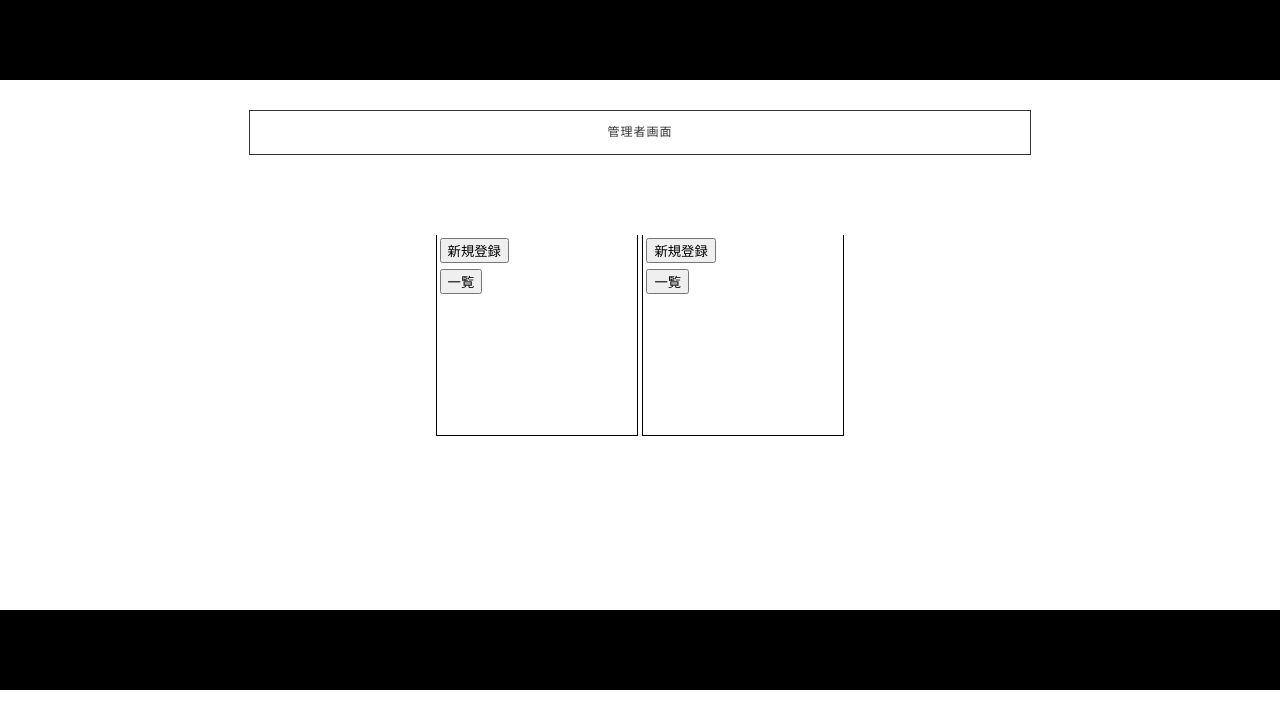
Repository: hiraide8/test
Page: http://localhost/ecsite/admin.jsp
These files come from the project's save history. The page is drawn as it stood at one moment and after the next save; the edit follows.
The browser window is 1280 px wide. The pictures show the whole page.
The page is served by Tomcat 9.

Above is the page before, as saved 2019-01-23 11:09:41.

After the next save:
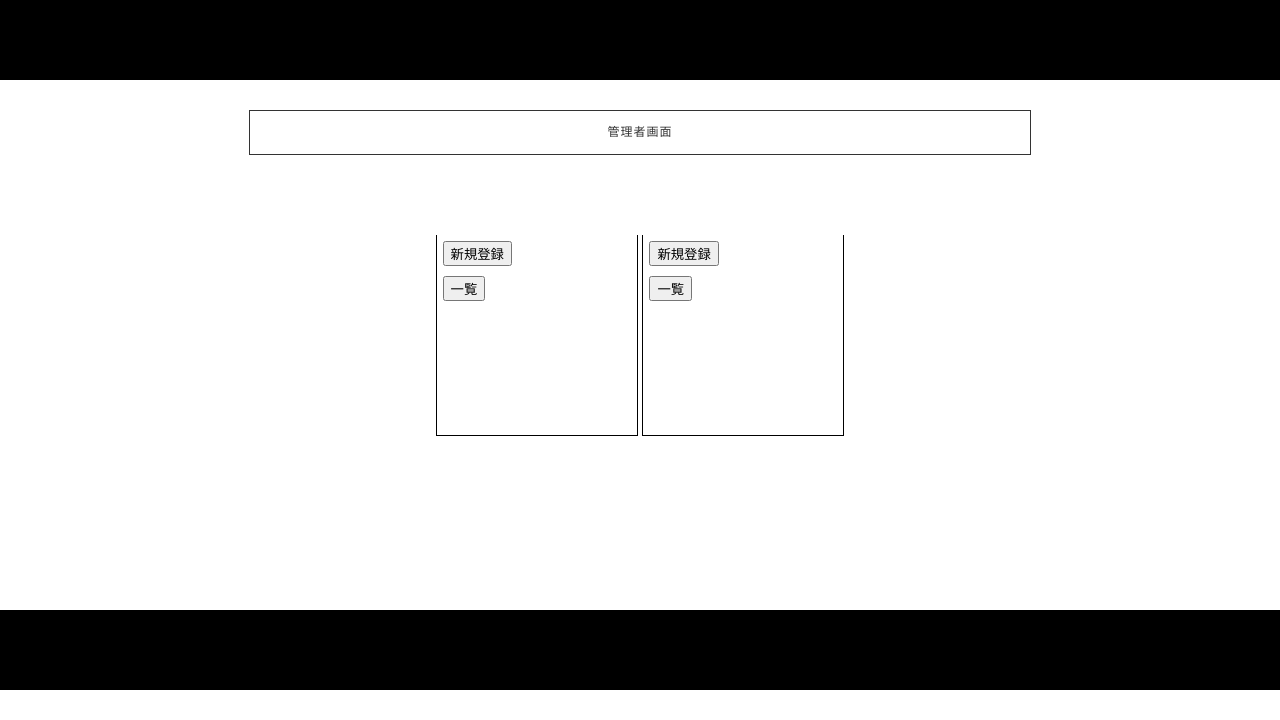
Saved 7 min 38 s later.
--- a/ecsite/WebContent/admin.jsp
+++ b/ecsite/WebContent/admin.jsp
@@ -56,9 +56,6 @@
                   border-left:1px solid black;
                   border-bottom:1px solid black;
                 }
-                .form{
-                  text-align:center;
-                }
        </style>
 </head>
 <body>
@@ -71,24 +68,40 @@
                        <p>管理者画面</p>
                </div>
                <div class="aaa">
-                       <div class="form">
+                       <table>
+                       <tr>
+                       <td>
                        <s:form action="ItemCreateAction">
                                   <s:submit value="新規登録"/>
                        </s:form>
+                       </td>
+                       </tr>
+                       <tr>
+                       <td>
                        <s:form action="ItemListAction">
                                   <s:submit value="一覧"/>
                        </s:form>
-                       </div>
+                       </td>
+                       </tr>
+                       </table>
                </div>
                <div class="aaa">
-                       <div class="form">
+                       <table>
+                       <tr>
+                       <td>
                        <s:form action="UserCreateAction">
                                   <s:submit value="新規登録"/>
                        </s:form>
+                       </td>
+                       </tr>
+                       <tr>
+                       <td>
                        <s:form action="UserListAction">
                                   <s:submit value="一覧"/>
                        </s:form>
-                       </div>
+                       </td>
+                       </tr>
+                       </table>
                </div>
        </div>
        <div id="footer">
